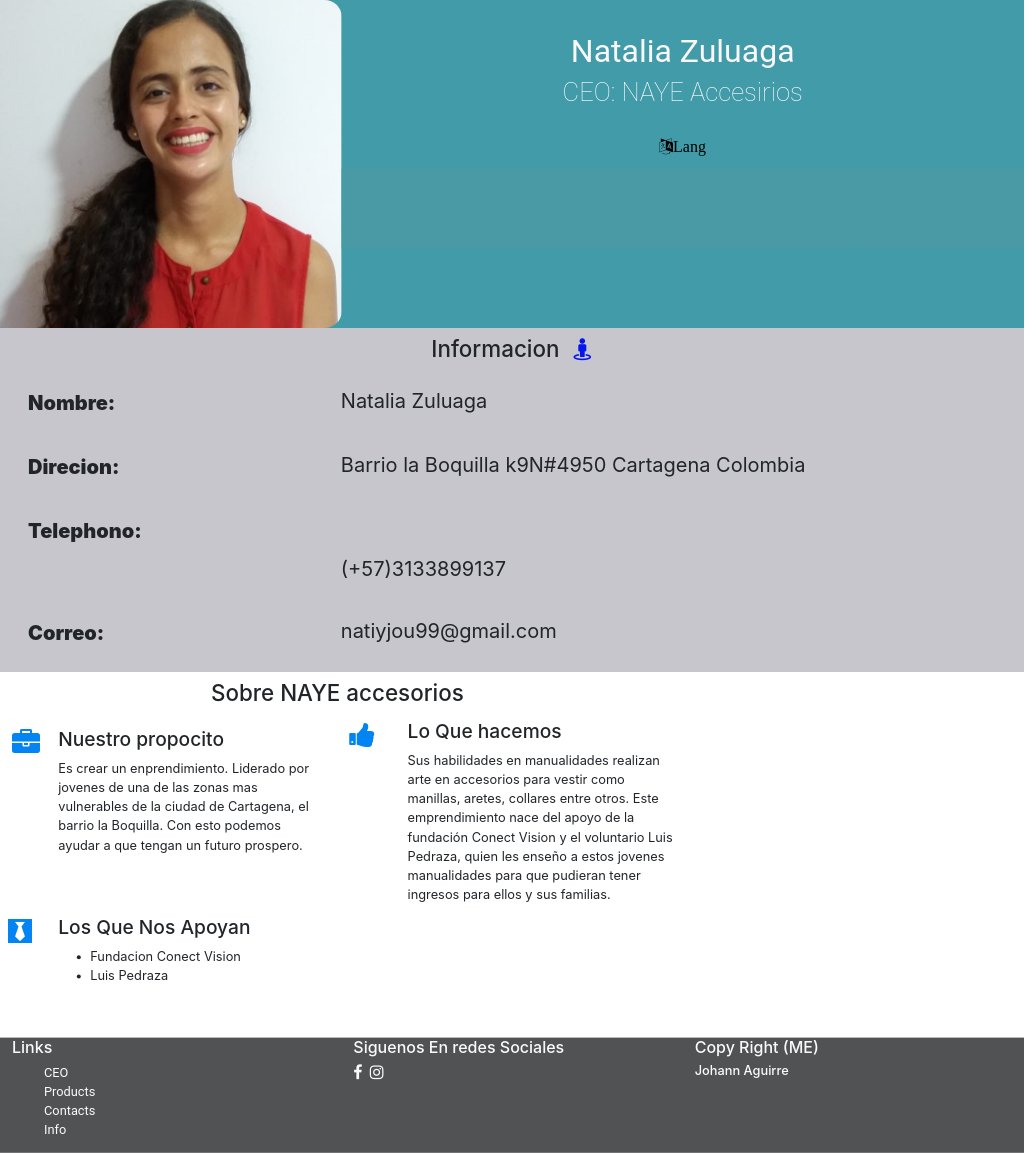
Repository: cachimiro/1-mile-stone-project
Page: index.html
The author's editor kept a record of every edit. The page is drawn from the files as they stood at one moment, then again after the next edit.
The browser window is 1280 px wide. The page is 1295 px wide, so the pictures cover 1295 px, including what lies to the right of the window. The pictures show the whole page, at 80% of full size.
Some web libraries are served in a nearby version.

Above is the page before.

### index.html
<!DOCTYPE html>
<html lang="es">

<head>
    <meta charset="UTF-8">
    <meta name="viewport" content="width=device-width, initial-scale=1.0">
    <meta http-equiv="X-UA-Compatible" content="ie=edge">
    <link rel="stylesheet" href="https://stackpath.bootstrapcdn.com/bootstrap/4.2.1/css/bootstrap.min.css" type="text/css" />
    <link rel="stylesheet" href="https://stackpath.bootstrapcdn.com/font-awesome/4.7.0/css/font-awesome.min.css" type="text/css" />
    <link rel="stylesheet" href="https://cdnjs.cloudflare.com/ajax/libs/hover.css/2.3.1/css/hover-min.css" type="text/css" />
    <link rel="stylesheet" href="css/style.css" type="text/css" />
    <title>NAYE accesirios</title>
</head>

<body>
    <header>
        <div class="row no-gutters">
            <a href="#" class="col-sm logo ">

            </a>

            <div class="col-md-8">
                <div class="row no-gutters">
                    <div class="col heading bg-color-name-title">
                        <h1 class="name">Natalia Zuluaga</h1>
                        <h2 class="title">CEO: NAYE Accesirios</h2>
                        <div class="dropdown">
                            <button class="dropbtn"><i class="fa fa-language">Lang</i></button>
                            <div class="dropdown-content">
                                <a href="index-english.html">English</a>
                            </div>
                        </div>


                    </div>
                </div>
                <div class="row no-gutters inline-block">
                    <div class="col"></div>
                    <div id="nav" class="list-inline menucontainer">
                        <div class="col-6 col-sm-3 ui-menu-color-ceo list-inline-item menuitem">
                            <a href="#">CEO<i class="fa fa-ceo hvr-icon" aria-hidden="true"> <span><i class="fas fa-female"></i></span></i>  </a>
                        </div>
                        <div class="col-6 col-sm-3 ui-menu-color-contacto list-inline-item menuitem">
                            <a href="contactos.html">Contacto<i class="fa fa-contact hvr-icon" aria-hidden="true"> <span><i class="far fa-id-card"></i></span></i>  </a>
                        </div>
                        <div class="col-6 col-sm-3 ui-menu-color-productos list-inline-item menuitem">
                            <a href="productos.html"> Productos<i class="fa fa-crown hvr-icon" aria-hidden="true"> <span><i class="fas fa-heartbeat"></i></span></i>  </a>
                        </div>
                        <div class="col-6 col-sm-3 ui-menu-color-info list-inline-item menuitem">
                            <a href="informacion.html">Info<i class="fa fa-info hvr-icon" aria-hidden="true"></i>  </a>
                        </div>


                    </div>

                </div>

            </div>
        </div>
    </header>
    <section class="container-fluid">
        <div class="row">
            <div class="col bg-color-personal-info section-column colour-of-infimacion">
                <div class="row">
                    <div class="col-12">
                        <h3 class="section-heading uppercase">Informacion <i class="fa fa-street-view"></i></h3>
                    </div>
                </div>
                 <div class="personal-info-item">
                    <div class="key">
                        <p class="uppercase">
                            Nombre:

                        </p>
                    </div>
                    <div class="value">
                        <p>
                            Natalia Zuluaga

                        </p>
                    </div>
                </div>
                <div class="personal-info-item">
                    <div class="key">
                        <p class="uppercase">
                            Direcion:

                        </p>
                    </div>
                    <div class="value">
                        <p>
                            Barrio la Boquilla k9N#4950 Cartagena Colombia

                        </p>
                    </div>
                </div>
                 <div class="personal-info-item">
                    <div class="key">
                        <p class="uppercase">
                            Telephono:

                        </p>
                    </div>
                    <div class="value">
                        <p class="move-right">
                       (+57)3133899137

                        </p>
                    </div>
                </div>
                 <div class="personal-info-item">
                    <div class="key">
                        <p class="uppercase">
                            Correo:

                        </p>
                    </div>
                    <div class="value">
                        <p>
                            natiyjou99@gmail.com

                        </p>
                    </div>
                </div>
            </div>

            <div class="row">
            <div class="col-md-8 bg-color-three-reasons section-column">
                <div class="row">
                    <div class="col">
                        <h3 class="section-heading uppercase">Sobre NAYE accesorios</h3>
                    </div>
                </div>
                    <div class="row">
                        <div class="col-10 offset-1 offset-sm-0 col-sm-4 col-md-6">
                            <div class="row">
                                <div class="col-2">
                                    <i class=" move-icon three-reasons-icon fa fa-briefcase" aria-hidden="true"></i>
                                </div>
                                <div class="col-10">
                                    <h4 class="three-reasons-heading uppercase add-padding">Nuestro  propocito</h4>
                                    <p> Es crear un enprendimiento. Liderado por jovenes
                                    de una de las zonas mas vulnerables de la ciudad de Cartagena,
                                    el barrio la Boquilla. Con esto podemos ayudar a que tengan un futuro prospero. </p>
                                </div>
                            </div>
                        </div>
                         <div class="col-10 offset-1 offset-sm-0 col-sm-4 col-md-6">
                            <div class="row">
                                <div class="col-2">
                                    <i class="three-reasons-icon fa fa-thumbs-up" aria-hidden="true"></i>
                                </div>
                                <div class="col-10">
                                    <h4 class="three-reasons-heading uppercase">Lo Que hacemos </h4>
                                    <p> Sus habilidades en manualidades realizan arte en accesorios para vestir
                                       como manillas, aretes, collares entre otros. Este emprendimiento
                                       nace del apoyo de la fundación Conect Vision y el voluntario Luis Pedraza,
                                       quien les enseño a estos jovenes manualidades para que pudieran tener ingresos
                                       para ellos y sus familias.</p>
                                </div>
                            </div>
                        </div>
                         <div class="col-10 offset-1 offset-sm-0 col-sm-4 col-md-6">
                            <div class="row">
                                <div class="col-2">
                                    <i class="move-icon-3 three-reasons-icon fa fa-black-tie" aria-hidden="true"></i>
                                </div>
                                <div class="col-10">
                                    <h4 class="three-reasons-heading uppercase">Los Que Nos Apoyan</h4>
                                    <ul>
                                        <li>Fundacion Conect Vision</li>
                                        <li class="add-padding-3">Luis Pedraza</li>
                                    </ul>
                                </div>
                            </div>
                        </div>

                    </div>

            </div>
        </div>
        </div>



    </section>



    <footer class="container-fluid">
        <div id="footer-detail" class="row">
            <div class="col-sm-4">
                <h5 class="uppercase general-sub">Links</h5>
                <p class="inline-block">
                    <ul class="links-footer">
                        <a href="#">
                            <li>
                                CEO
                            </li>
                        </a>
                         <a href="productos.html">
                            <li>
                                Products
                            </li>
                        </a>
                         <a href="contactos.html">
                            <li>
                                Contacts
                            </li>
                        </a>
                         <a href="informacion.html">
                            <li>
                                Info
                            </li>
                        </a>
                    </ul>
                </p>
            </div>
            <div class="col-sm-4">
                <h5 class="uppercase general-sub">Siguenos En redes Sociales</h5>
                <div class="social-media-icons">
                    <li class="list-inline-item">
                        <a href="https://m.facebook.com/Nayeaccesorio/" target="_blank" class="">
                        <i class="fa fa-facebook" aria-hidden="true"></i>
                        <span class="sr-only">Facebook</span>
                        </a>
                    </li>
                    <li class="list-inline-item"></li>
                    <a href="https://www.instagram.com/nayeaccesorios/" target="_blank" class="">
                         <i class="fa fa-instagram" aria-hidden="true"></i>
                            <span class="sr-only">Instagram</span>
                            </a>

                </div>
            </div>
             <div class="col-sm-4">
                <h5 class="uppercase general-sub"> Copy Right (ME)</h5>
                <h6>Johann Aguirre</h6>

            </div>
        </div>


    </footer>
</body>

</html>

Loaded but not shown: css/style.css (631 lines, source omitted)

After the next edit:
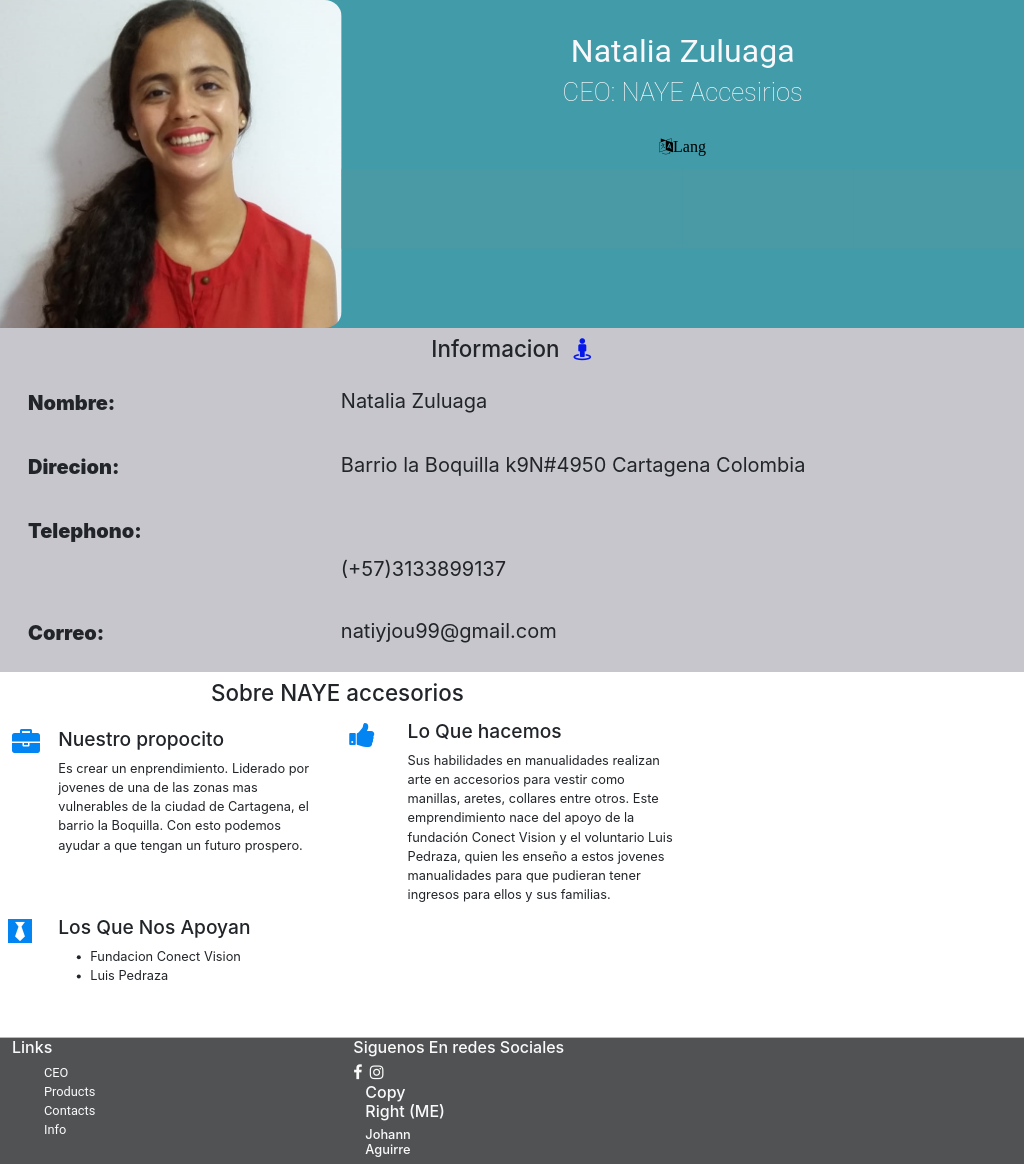
The edit:
--- a/index.html
+++ b/index.html
@@ -219,7 +219,7 @@
             <div class="col-sm-4">
                 <h5 class="uppercase general-sub">Siguenos En redes Sociales</h5>
                 <div class="social-media-icons">
-                    <li class="list-inline-item">
+                    <div class="list-inline-item">
                         <a href="https://m.facebook.com/Nayeaccesorio/" target="_blank" class="">
                         <i class="fa fa-facebook" aria-hidden="true"></i>
                         <span class="sr-only">Facebook</span>

After the edit that followed:
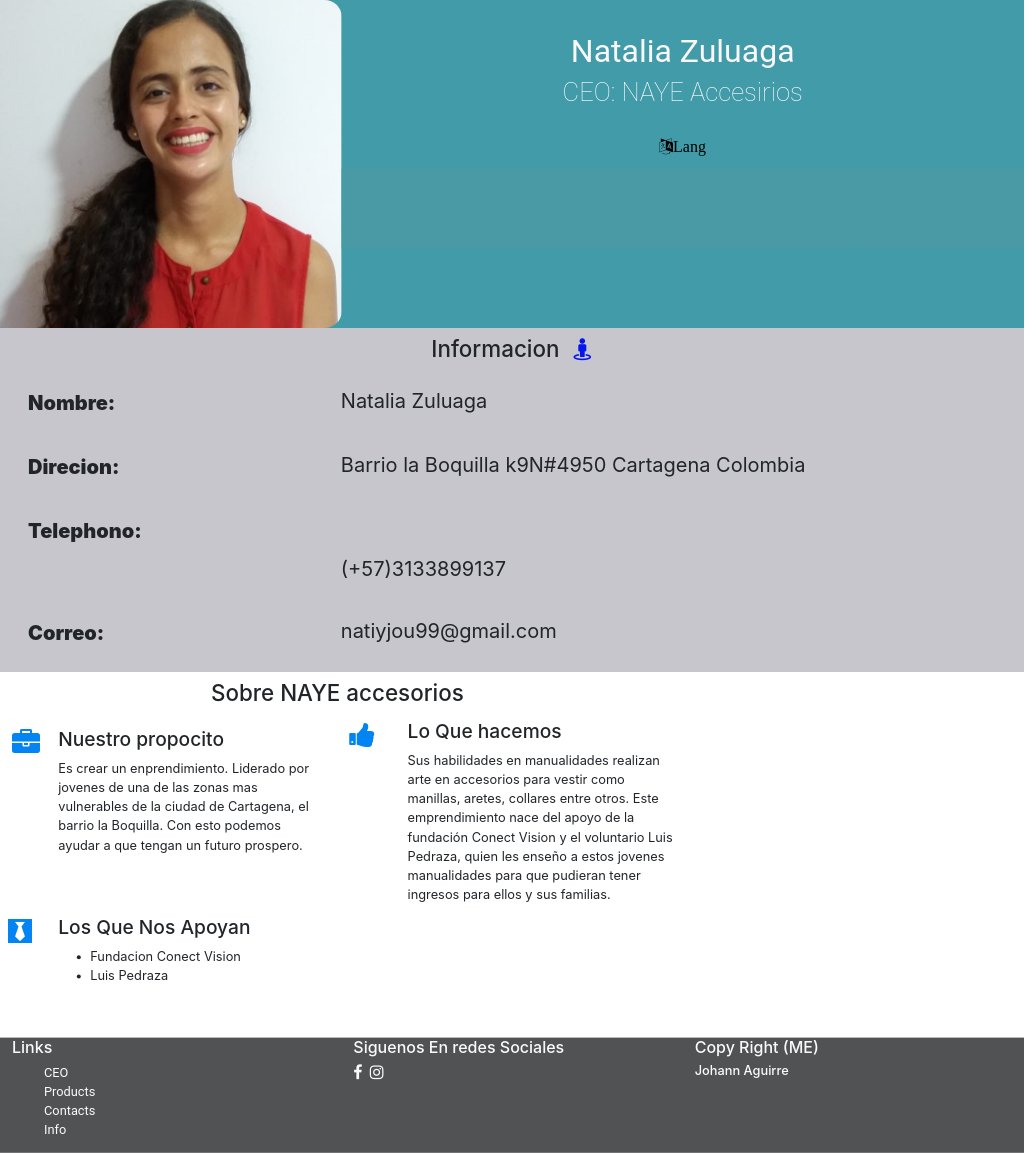
The edit:
--- a/index.html
+++ b/index.html
@@ -224,8 +224,8 @@
                         <i class="fa fa-facebook" aria-hidden="true"></i>
                         <span class="sr-only">Facebook</span>
                         </a>
-                    </li>
-                    <li class="list-inline-item"></li>
+                    </div>
+                    <div class="list-inline-item"></div>
                     <a href="https://www.instagram.com/nayeaccesorios/" target="_blank" class="">
                          <i class="fa fa-instagram" aria-hidden="true"></i>
                             <span class="sr-only">Instagram</span>
